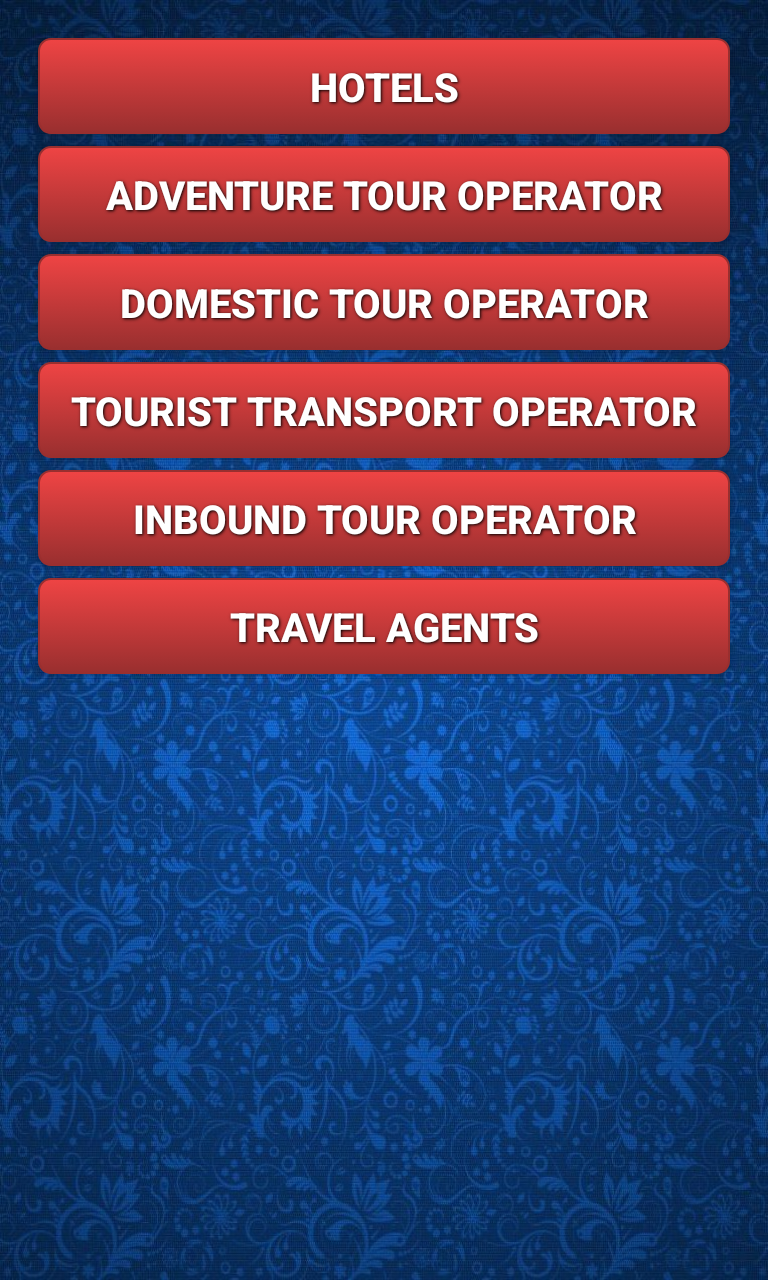
Repository: ayushshah/indsafari
Layout: Indian Safari/res/layout/activity_options_menu.xml
The author's editor kept a copy of each file at every save. The layout is drawn from the files as they stood at one save, then again after the next save.
It is drawn on a 768 x 1280 px phone screen (xhdpi) without system bars, with theme AppTheme; the app's code is not run.

Above is the layout before, as saved 2014-07-27 17:55:46.

### Indian Safari/res/layout/activity_options_menu.xml
<LinearLayout xmlns:android="http://schemas.android.com/apk/res/android"
    xmlns:tools="http://schemas.android.com/tools"
    android:layout_width="match_parent"
    android:layout_height="match_parent"
    android:background="@drawable/back"
    android:orientation="vertical"
    android:paddingBottom="@dimen/activity_vertical_margin"
    android:paddingLeft="@dimen/activity_horizontal_margin"
    android:paddingRight="@dimen/activity_horizontal_margin"
    android:paddingTop="@dimen/activity_vertical_margin"
    tools:context="com.example.pleasework.OptionsMenu" >

    <Button
        style="@style/button_text"
        android:layout_width="match_parent"
        android:layout_height="wrap_content"
        android:background="@drawable/red_button"
        android:onClick="takeToHotels"
        android:text="Hotels" />

    <Button
        style="@style/button_text"
        android:layout_width="match_parent"
        android:layout_height="wrap_content"
        android:background="@drawable/red_button"
        android:onClick="takeToATO"
        android:text="Adventure Tour Operator" />

    <Button
        style="@style/button_text"
        android:layout_width="match_parent"
        android:layout_height="wrap_content"
        android:background="@drawable/red_button"
        android:onClick="takeToDTO"
        android:text="Domestic Tour Operator" />

    <Button
        style="@style/button_text"
        android:layout_width="match_parent"
        android:layout_height="wrap_content"
        android:background="@drawable/red_button"
        android:onClick="takeToTTO"
        android:text="Tourist Transport Operator" />

    <Button
        style="@style/button_text"
        android:layout_width="match_parent"
        android:layout_height="wrap_content"
        android:background="@drawable/red_button"
        android:onClick="takeToITO"
        android:text="Inbound Tour Operator" />

    <Button
        style="@style/button_text"
        android:layout_width="match_parent"
        android:layout_height="wrap_content"
        android:background="@drawable/red_button"
        android:onClick="takeToTA"
        android:text="Travel Agents" />

</LinearLayout>

### Indian Safari/res/values/styles.xml
<resources>

    <!--
        Base application theme, dependent on API level. This theme is replaced
        by AppBaseTheme from res/values-vXX/styles.xml on newer devices.
    -->
    <style name="AppBaseTheme" parent="Theme.AppCompat.Light">
        <!--
            Theme customizations available in newer API levels can go in
            res/values-vXX/styles.xml, while customizations related to
            backward-compatibility can go here.
        -->
    </style>

    <!-- Application theme. -->
    <style name="AppTheme" parent="AppBaseTheme">
        <!-- All customizations that are NOT specific to a particular API-level can go here. -->
    </style>

    <style name="button_text">
        <item name="android:layout_width">fill_parent</item>
        <item name="android:layout_height">wrap_content</item>
        <item name="android:textColor">#ffffff</item>
        <item name="android:gravity">center</item>
        <item name="android:layout_margin">3dp</item>
        <item name="android:textSize">20sp</item>
        <item name="android:textStyle">bold</item>
        <item name="android:shadowColor">#000000</item>
        <item name="android:shadowDx">1</item>
        <item name="android:shadowDy">1</item>
        <item name="android:shadowRadius">2</item>
    </style>

</resources>

### Indian Safari/res/drawable/red_button.xml
<?xml version="1.0" encoding="utf-8"?>
<selector xmlns:android="http://schemas.android.com/apk/res/android">

    <item android:state_pressed="true"><shape>
            <solid android:color="#ef4444" />

            <stroke android:width="1dp" android:color="#992f2f" />

            <corners android:radius="6dp" />

            <padding android:bottom="10dp" android:left="10dp" android:right="10dp" android:top="10dp" />
        </shape></item>
    <item><shape>
            <gradient android:angle="270" android:endColor="#992f2f" android:startColor="#ef4444" />

            <stroke android:width="1dp" android:color="#992f2f" />

            <corners android:radius="6dp" />

            <padding android:bottom="10dp" android:left="10dp" android:right="10dp" android:top="10dp" />
        </shape></item>

</selector>

Loaded but not shown: Indian Safari/res/values-v11/styles.xml (common file); Indian Safari/res/values-v14/styles.xml (common file); Indian Safari/res/values/dimens.xml (common file); Indian Safari/res/values-w820dp/dimens.xml (common file); Indian Safari/res/values/color.xml (common file)

After the next save:
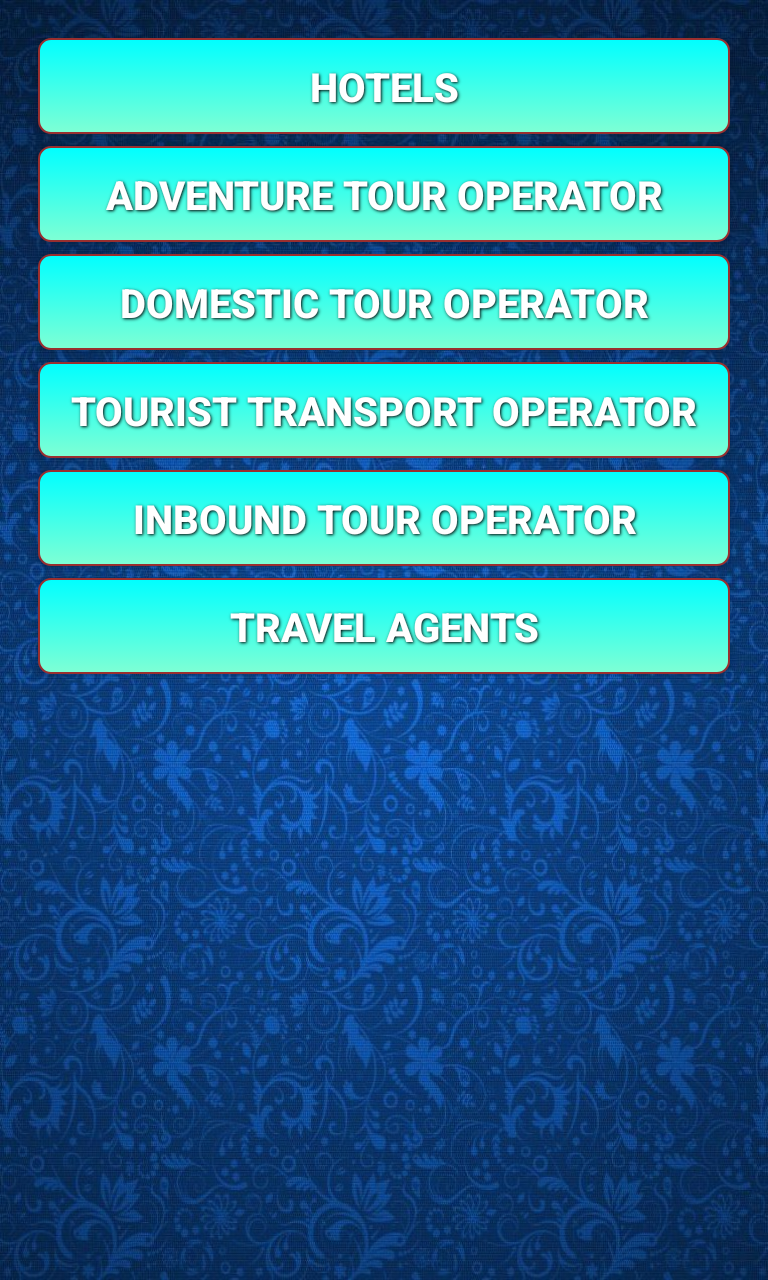
Saved 15 min 17 s later.
--- a/Indian Safari/res/drawable/red_button.xml
+++ b/Indian Safari/res/drawable/red_button.xml
@@ -11,7 +11,7 @@
             <padding android:bottom="10dp" android:left="10dp" android:right="10dp" android:top="10dp" />
         </shape></item>
     <item><shape>
-            <gradient android:angle="270" android:endColor="#992f2f" android:startColor="#ef4444" />
+            <gradient android:angle="270" android:endColor="@color/Aquamarine" android:startColor="@color/Aqua" />
 
             <stroke android:width="1dp" android:color="#992f2f" />
 
